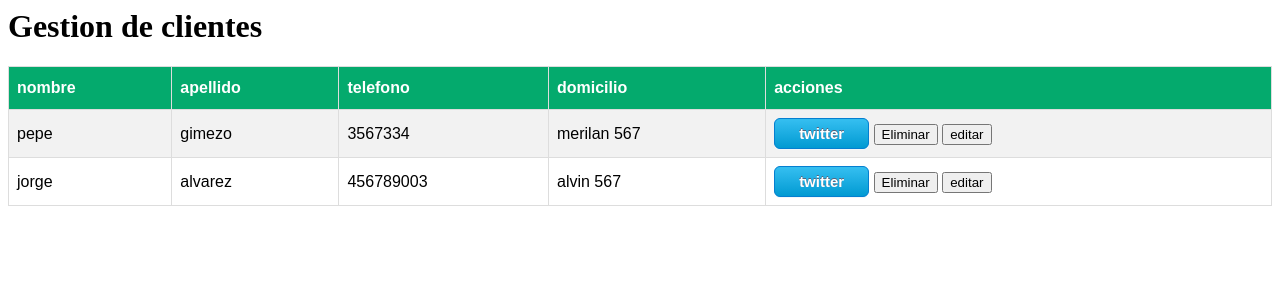
Repository: geraldine-ventura/Practicando.net
Page: index 2.html
The author's editor kept a copy of each file at every save. The page is drawn from the files as they stood at one save, then again after the next save.
The browser window is 1280 px wide. The pictures show the whole page.

Above is the page before, as saved 2022-12-20 11:46:35.

### index 2.html
<h1>Gestion de clientes</h1>
<table id= "customers">
    <tr>
        <th>nombre</th>
        <th>apellido</th>
        <th>telefono</th>
        <th>domicilio</th>
        <th>acciones</th>
    </tr>
    <tr>
        <td>pepe</td>
        <td>gimezo</td>
        <td>3567334</td>
        <td>merilan 567</td>
        <td>
         <a href="#" class="myButton">twitter</a>
          <button>Eliminar</button>
          <button>editar</button>
        </td>
    </tr>
    <tr>
        <td>jorge</td>
        <td>alvarez</td>
        <td>456789003</td>
        <td>alvin 567</td>
        <td>
            <a href="#" class="myButton">twitter</a>
            <button>Eliminar</button>
            <button>editar</button>
          </td>
    </tr>
</table>

<style>
    #customers {
      font-family: Arial, Helvetica, sans-serif;
      border-collapse: collapse;
      width: 100%;
    }

    #customers td, #customers th {
      border: 1px solid #ddd;
      padding: 8px;
    }

    #customers tr:nth-child(even){background-color: #f2f2f2;}

    #customers tr:hover {background-color: #ddd;}

    #customers th {
      padding-top: 12px;
      padding-bottom: 12px;
      text-align: left;
      background-color: #04AA6D;
      color: white;
    }
    .myButton {
	box-shadow: 0px 1px 0px 0px #f0f7fa;
	background:linear-gradient(to bottom, #33bdef 5%, #019ad2 100%);
	background-color:#33bdef;
	border-radius:6px;
	border:1px solid #057fd0;
	display:inline-block;
	cursor:pointer;
	color:#ffffff;
	font-family:Arial;
	font-size:15px;
	font-weight:bold;
	padding:6px 24px;
	text-decoration:none;
	text-shadow:0px -1px 0px #5b6178;
}
.myButton:hover {
	background:linear-gradient(to bottom, #019ad2 5%, #33bdef 100%);
	background-color:#019ad2;
}
.myButton:active {
	position:relative;
	top:1px;
}
.myButton2 {
	box-shadow: 0px 1px 0px 0px #f29c93;
	background:linear-gradient(to bottom, #fe1a00 5%, #ce0100 100%);
	background-color:#fe1a00;
	border-radius:6px;
	border:1px solid #d83526;
	display:inline-block;
	cursor:pointer;
	color:#ffffff;
	font-family:Arial;
	font-size:15px;
	font-weight:bold;
	padding:6px 24px;
	text-decoration:none;
	text-shadow:0px -1px 0px #b23e35;
}
.myButton2:hover {
	background:linear-gradient(to bottom, #ce0100 5%, #fe1a00 100%);
	background-color:#ce0100;
}
.myButton2:active {
	position:relative;
	top:1px;
}


    </style>

After the next save:
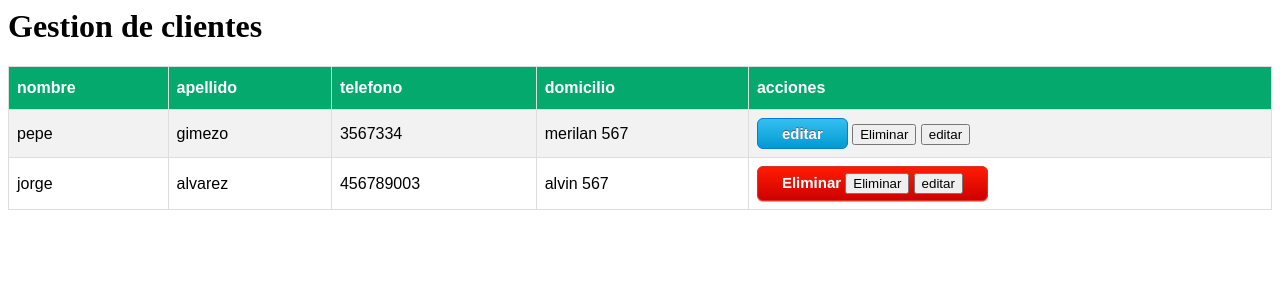
Saved 118 s later.
--- a/index 2.html
+++ b/index 2.html
@@ -13,7 +13,7 @@
         <td>3567334</td>
         <td>merilan 567</td>
         <td>
-         <a href="#" class="myButton">twitter</a>
+         <a href="#" class="myButton">editar</a>
           <button>Eliminar</button>
           <button>editar</button>
         </td>
@@ -24,7 +24,7 @@
         <td>456789003</td>
         <td>alvin 567</td>
         <td>
-            <a href="#" class="myButton">twitter</a>
+            <href="#" class="myButton2">Eliminar</a>
             <button>Eliminar</button>
             <button>editar</button>
           </td>
